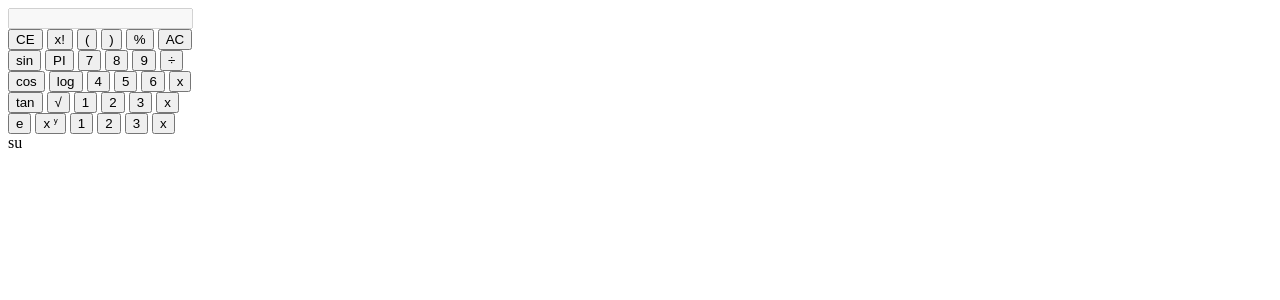
Repository: Haakim19/Scientific-Calculator
Page: intex.html
An editor plug-in stored every save of this project. The page is shown before and after the next save, followed by the edit.
The browser window is 1280 px wide. The pictures show the whole page.

Above is the page before, as saved 2024-10-27 11:43:06.

After the next save:
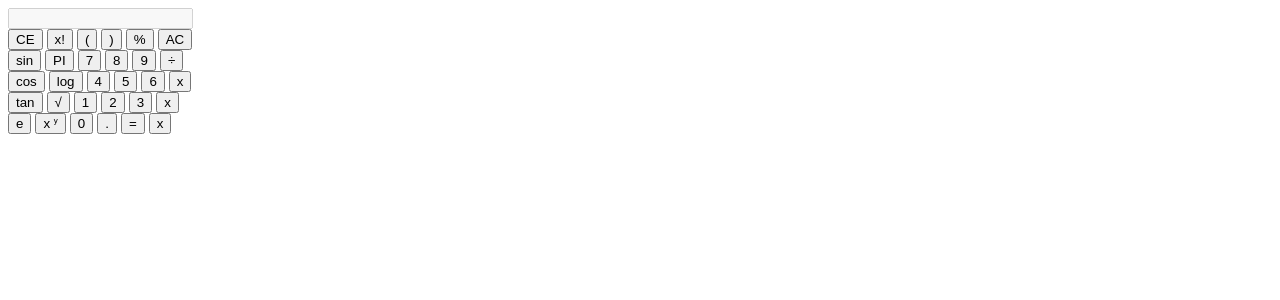
Saved 31 s later.
--- a/intex.html
+++ b/intex.html
@@ -45,12 +45,11 @@
         <div class="row">
             <button class="btn">e</button>
             <button class="btn">x <sup style="font-size: 0.5rem;">y</sup></button>
-            <button class="btn">1</button>
-            <button class="btn">2</button>
-            <button class="btn">3</button>
+            <button class="btn">0</button>
+            <button class="btn">.</button>
+            <button class="btn">=</button>
             <button class="btn">x</button>
         </div>
-        su
 </body>
 
 </html>
